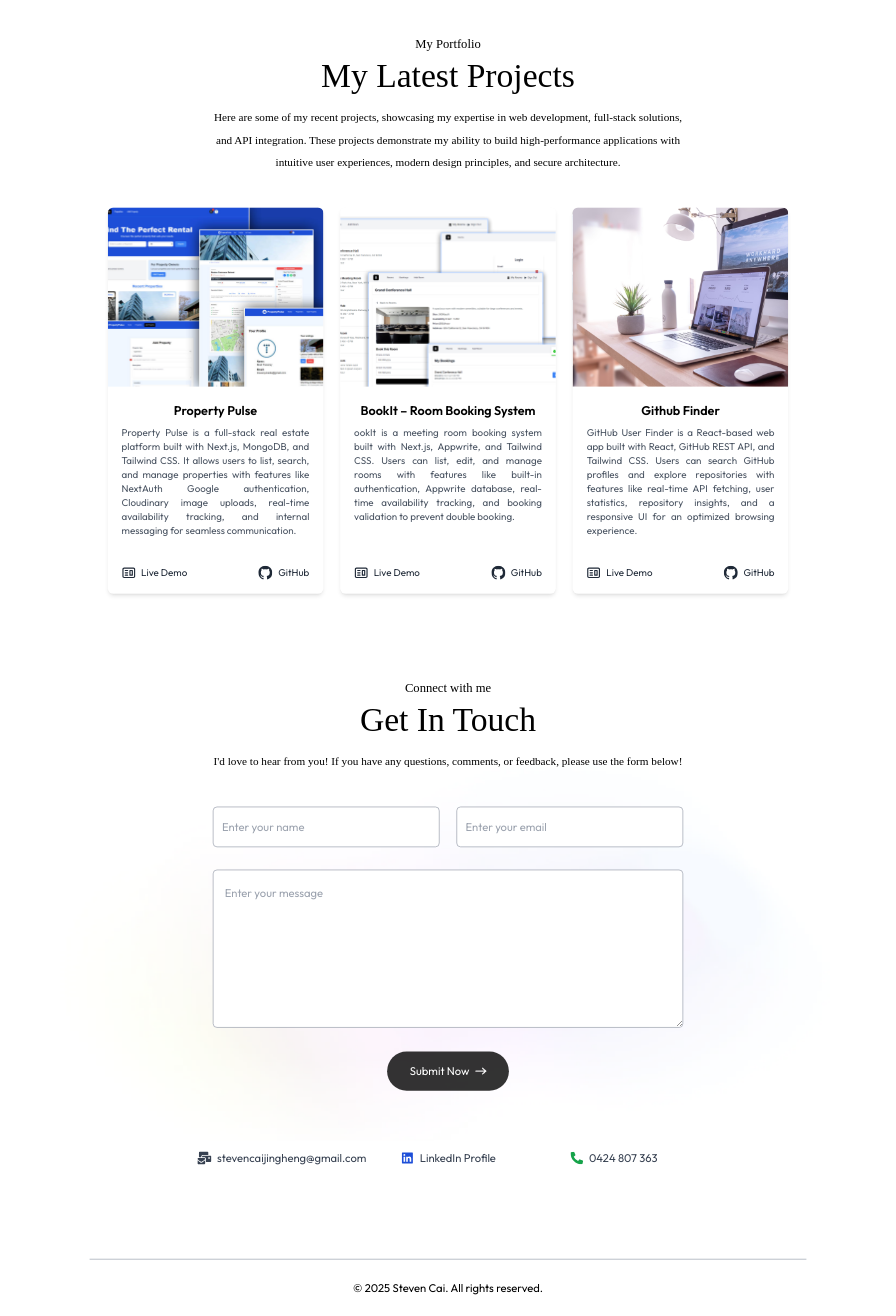
Repository: Steven4cai/profolio
Page: /
The author's editor kept a copy of each file at every save. The page is drawn from the files as they stood at one save, then again after the next save.
The browser window is 1280 px wide. The pictures show the part of the page from y = 2345 to 4265 px (the page is 4225 px tall before and 4265 px after), at 70% of full size.
Some web fonts or font styles are not loaded; a fallback is used. The project was rebuilt for these pictures with package versions that can differ from the ones it lists, and the page was loaded fresh each time. The framework's server and built-in components were replaced by stand-ins that run in the browser. Also part of the build but not shown: next.config.mjs.

Above is the page before, as saved 2025-02-09 14:46:31.

### app/layout.js
import {Outfit,Ovo} from "next/font/google";
import "./globals.css";

const outfit = Outfit({
  subsets: ["latin"],weight:["400","500","600","700"]
});

const ovo = Ovo({
  subsets: ["latin"],weight:["400"]
});

export const metadata = {
  title: "Profolio - Steven",
  description: "",
};

export default function RootLayout({ children }) {
  return (
    <html lang="en" className="scroll-smooth ">
      <body className={`${outfit.className} ${ovo.className} antialiased leading-8 overflow-x-hidden
      dark:bg-darkTheme dark:text-white`}>
        <main>{children}</main>
      </body>
    </html>
  );
}

### app/page.js
'use client'
import About from "@/components/About";
import Header from "@/components/Header";
import Navbar from "@/components/Navbar";
import Services from "@/components/Services";
import Work from "@/components/Work";
import Contact from "@/components/Contact";
import Footer from "@/components/Footer";
import { useEffect, useState } from "react";

export default function Home() {
  const [isDark,setIsDark] = useState(false)

  useEffect(()=>{
    if(localStorage.theme === 'dark' || (!('theme' in localStorage) && window.matchMedia('(prefers-color-scheme:dark)').matches)){
      setIsDark(true)
    }else{
      setIsDark(false)
    }
  },[])

  useEffect(()=>{
    if(isDark){
      document.documentElement.classList.add('dark')
      localStorage.theme = 'dark'
    }else{
      document.documentElement.classList.remove('dark')
      localStorage.theme = ''
    }
  } ,[isDark])
  return (
    <>
    <Navbar isDark = {isDark} setIsDark = {setIsDark}/>
    <Header isDark = {isDark}/>
    <About isDark = {isDark}/>
    <Services isDark = {isDark}/>
    <Work isDark = {isDark}/>
    <Contact isDark = {isDark}/>
    <Footer isDark = {isDark}/>
    </>
  );
}

### components/About.jsx
import Image from 'next/image'
import React from 'react'
import {assets, infoList, toolsData} from '@/assets/assets'


const About = ({isDark}) => {
  return (
    <div id='about' className='w-full px-[12%] py-10 scroll-mt-20'>
      <h4 className='text-center mb-2 text-lg font-Ovo'>Introduction</h4>
      <h2 className='text-center text-5xl font-Ovo'>About Me</h2>

    <div className='flex w-full flex-col lg:flex-row items-center gap-20 my-20'>
        <div className='w-64 sm:w-80 rounded-3xl max-w-none'>
            <Image src={assets.user_image} alt='user'
            className='w-full rounded-3xl'/>
        </div>
        <div className='flex-1'>
            <p className='mb-10 max-w-2xl font-Ovo'>
            I am a web developer with a background in IT and software
         engineering. I specialize in building scalable and efficient web
          applications, focusing on clean code, performance optimization,
          and user experience. Skilled in both front-end and back-end
          technologies, I am always eager to learn and apply new solutions.
            </p>
            <ul className='grid grid-cols-1 sm:grid-cols-3 gap-6 max-w-2xl'>
                {infoList.map((info,index) => (
                    <li
                    className='border-[0.5px] border-gray-400 rounded-xl p-6
                    cursor-pointer hover:bg-lightHover hover:-translate-y-1 duration-500
                    hover:shadow-black
                    dark:border-white dark:hovr:shadow-white dark:hover:bg-darkHover/50'
                    key={index}>
                        <Image src={isDark ? info.iconDark : info.icon} alt={info.title} className='w-7 mt-3'/>
                        <h3 className='my-4 font-semiblod text-gray-700 dark:text-white'>{info.title}</h3>
                        <p className='text-gray-600 text-sm dark:text-white/80'>{info.description}</p>
                    </li>
                ))}
            </ul>

            <h4 className='my-6 text-gray-700 font-Ovo dark:text-white/80'>Tools I use</h4>


                <ul className='flex items-center gap-3 sm:gap-5'>
                    {toolsData.map((tool,index) => (
                        <li className=
                        'flex items-center justify-center w-12 sm:w-14 aspect-square border border-gray-400 rounded-lg cursor-pointer hover:-translate-y-1 duration-500'
                         key={index}>
                            <Image src={tool} alt='Tool' className='w-5 sm:w-7' />
                        </li>
                    ))}
                </ul>
        </div>
    </div>

    </div>
  )
}

export default About

### components/Header.jsx
import React from 'react'
import Image from 'next/image'
import {assets} from '@/assets/assets'

const Header = () => {
  return (
    <div className=
    'w-11/12 max-w-3xl text-center mx-auto h-screen flex flex-col items-center justify-center gap-4'>
      <div>
        <Image src={assets.profile_img} alt='' className='rounded-full w-32'/>
      </div>
      <h3 className='flex items-end gap-2 text-xl md:text-2xl mb-3 font-Ovo'>Hi! I'm Steven Cai <Image src={assets.hand_icon} alt='' className='w-6'/></h3>
        <h1 className='text-3xl sm:text-6xl lg:text-[66px] font-Ovo'>Frontend web developer based in Sydney</h1>
        <p className='max-w-2xl mx-auto font-Ovo'>
          Web developer with a strong foundation in software engineering,
           specializing in building efficient, scalable, and user-friendly
            applications.
        </p>
        <div className=
        'flex flex-col sm:flex-row items-center gap-4 mt-4'>
            <a href="#contact"
             className='px-10 py-3 border rounded-full bg-black text-white flex items-center gap-2
             dark:bg-transparent'>
                Contact me  <Image src={assets.right_arrow_white} alt='' className='w-4'/></a>
            <a href="/Steven_Cai_ITResume.pdf" download
            className='px-10 py-3 border rounded-full border-gray-500 flex items-center gap-2
            bg-white dark:text-black'
            >My resume  <Image src={assets.download_icon} alt='' className='w-4'/></a>

        </div>


    </div>
  )
}

export default Header

### components/Navbar.jsx
'use client'

import Image from 'next/image'
import React, { useEffect, useState } from 'react'
import {assets} from '@/assets/assets'

const Navbar = ({isDark,setIsDark}) => {
    const [isScroll, setIsScrool] = useState(false)

    const [isMenuOpen, setIsMenuOpen] = useState(false);

    const openMenu = () => {
        setIsMenuOpen(true);
    };

    const closeMenu = () => {
        setIsMenuOpen(false);
    };

    useEffect(()=>{
        window.addEventListener('scroll',()=>{
            if(scrollY > 50){
                setIsScrool(true)
            }else{
                setIsScrool(false)
            }
        })
    } ,[])

    return (
        <>
            <div className='fixed top-0 right-0 w-11/12 -z-10 translate-y-[-80%] dark:hidden'>
                <Image src={assets.header_bg_color} alt='' className='w-full' />
            </div>

            <nav className={`w-full fixed px-5 lg:px-8 xl:px-[8%] py-4 flex
                items-center justify-between z-50 ${isScroll
                ? 'bg-white bg-opacity-50 backdrop-blur-lg shadow-sm dark:bg-darkTheme dark:shadow-white/20'
                : ''}`}>
                <a href="#top">
                    <Image alt='logo' className='w-28 cursor-pointer mr-14 bg-white rounded-full' src={assets.logo} />
                </a>

                <ul className={`hidden md:flex items-center gap-6
                    lg:gap-8 rounded-full px-12 py-3
                    ${isScroll ?'' : 'bg-white shadow-sm bg-opacity-50 dark:border dark:border-white/50 dark:bg-transparent'}`}>
                    <li><a className='font-Ovo' href="#top">Home</a></li>
                    <li><a className='font-Ovo' href="#about">About me</a></li>
                    <li><a className='font-Ovo' href="#services">Services</a></li>
                    <li><a className='font-Ovo' href="#work">My Work</a></li>
                    <li><a className='font-Ovo' href="#contact">Contact me</a></li>
                </ul>

                <div className='flex items-center gap-4'>

                    <button onClick={() => setIsDark(prev => !prev)}>
                        <Image src={isDark ? assets.sun_icon : assets.moon_icon} alt='' className='w-6' />
                    </button>

                    <a href='#contact' className='hidden lg:flex items-center gap-3 px-10 py-2.5
                    border border-gray-500 rounded-full ml-4 font-Ovo
                    dark:border-white/50'>
                        Contact <Image className='w-3' src={isDark ?assets.arrow_icon_dark :assets.arrow_icon} alt='arrowicon' />
                    </a>

                    <button className='block md:hidden ml-3' onClick={openMenu}>
                        <Image src={isDark ?assets.menu_white :assets.menu_black} alt='' className='w-6' />
                    </button>
                </div>

                <ul className={`flex flex-col gap-4 py-20 px-10
                fixed -right-0 top-0 bottom-0 w-64 z-50 h-screen bg-rose-50
                transition duration-500' dark:bg-darkHover dark:text-white
                ${isMenuOpen ? 'translate-x-0' : 'translate-x-[16rem]'} md:hidden`}>
                    {/* Close Button */}
                    <div className='absolute right-6 top-6' onClick={closeMenu}>
                        <Image src={isDark ?assets.close_white :assets.close_black} alt='' className='w-5 cursor-pointer' />
                    </div>

                    <li><a onClick={closeMenu} className='font-Ovo' href="#top">Home</a></li>
                    <li><a onClick={closeMenu} className='font-Ovo' href="#about">About me</a></li>
                    <li><a onClick={closeMenu} className='font-Ovo' href="#services">Services</a></li>
                    <li><a onClick={closeMenu} className='font-Ovo' href="#work">My Work</a></li>
                    <li><a onClick={closeMenu} className='font-Ovo' href="#contact">Contact me</a></li>
                </ul>
            </nav>
        </>
    )
}

export default Navbar;

### components/Services.jsx
import React from "react";
import { TbWorld } from "react-icons/tb";
import { RiStackFill } from "react-icons/ri";
import { AiOutlineApi } from "react-icons/ai";
import { MdSecurity } from "react-icons/md";

export const serviceData = [
  { icon: <TbWorld className="text-4xl text-gray-700 dark:text-white" />, title: 'Frontend Development', description: 'Building modern, responsive, and interactive web applications using React.js, Next.js, and Tailwind CSS to ensure seamless user experience.', link: '' },
  { icon: <RiStackFill className="text-4xl text-gray-700 dark:text-white" />, title: 'Full-Stack Development', description: 'Developing scalable web applications with Next.js, Appwrite, MongoDB, and Firebase, handling both frontend and backend efficiently.', link: '' },
  { icon: <AiOutlineApi className="text-4xl text-gray-700 dark:text-white" />, title: 'API Development & Integration', description: 'Creating and integrating RESTful APIs to enable smooth data communication between systems, ensuring high performance and security.', link: '' },
  { icon: <MdSecurity className="text-4xl text-gray-700 dark:text-white" />, title: 'Authentication & Security', description: 'Implementing secure authentication using NextAuth.js, OAuth, JWT, and Firebase Auth, ensuring data protection and user privacy.', link: '' },
];

const Services = () => {
  return (
    <div id='services' className='w-full px-[12%] py-10 scroll-mt-20'>
      <h4 className='text-center mb-2 text-lg font-Ovo'>What I offer</h4>
      <h2 className='text-center text-5xl font-Ovo'>My Services</h2>

      <p className='text-center max-w-2xl mx-auto mt-5 mb-12 font-Ovo'>
        I design and develop modern, high-performance web applications with
        a focus on efficiency, scalability, and seamless user experience. Whether
        it’s front-end UI/UX, full-stack solutions, or API integrations,
        I build robust and maintainable systems tailored to business needs.
      </p>

      <div className='grid grid-cols-1 sm:grid-cols-2 md:grid-cols-4 gap-6 my-10'>
        {serviceData.map(({ icon, title, description, link }, index) => (
          <div
            className='border border-gray-400 rounded-lg px-8 py-10 flex flex-col items-center text-center
              hover:shadow-black cursor-pointer hover:bg-lightHover hover:-translate-y-1 duration-500
              dark:hover:bg-darkHover dark:hover:shadow-white'
            key={index}
          >
            {icon}
            <h3 className='text-lg my-4 text-gray-700 dark:text-white'>{title}</h3>
            <p className='text-sm text-gray-600 leading-5 dark:text-white/80'>{description}</p>
          </div>
        ))}
      </div>
    </div>
  );
};

export default Services;

### components/Work.jsx
import { assets, workData } from '@/assets/assets';
import React from 'react';
import Image from 'next/image';
import Link from 'next/link';
import { BsGithub } from 'react-icons/bs';
import { CgWebsite } from 'react-icons/cg';

const Work = ({ isDark }) => {
  return (
    <div id="work" className="w-full px-[12%] py-10 scroll-mt-20">
      <h4 className="text-center mb-2 text-lg font-Ovo">My Portfolio</h4>
      <h2 className="text-center text-5xl font-Ovo">My Latest Projects</h2>

      <p className="text-center max-w-2xl mx-auto mt-5 mb-12 font-Ovo">
      Here are some of my recent projects, showcasing my expertise in web
       development, full-stack solutions, and API integration. These projects
        demonstrate my ability to build high-performance applications
         with intuitive user experiences, modern design principles, and secure
         architecture.
      </p>

      <div className="grid grid-cols-1 sm:grid-cols-2 md:grid-cols-3 gap-6 my-10">
  {workData.map((work, index) => (
    <div
      key={index}
      className="flex flex-col bg-white dark:bg-gray-900 rounded-lg shadow-md overflow-hidden group cursor-pointer"
    >
      <div
        className="h-64 bg-cover bg-center transition-transform duration-500 group-hover:scale-105"
        style={{ backgroundImage: `url(${work.bgImage})` }}
      ></div>

      <div
        className="p-5 w-full flex flex-col flex-grow transition-all duration-500 group-hover:-translate-y-2"
      >
        <h2 className="font-semibold text-lg dark:text-white text-center">
          {work.title}
        </h2>
        <p className="text-sm text-gray-600 dark:text-gray-300 mt-2 text-justify flex-grow">
          {work.description}
        </p>

        <div className="mt-10 flex justify-between items-center">
          <Link
            href={work.website}
            target="_blank"
            className="flex items-center gap-2 text-sm text-gray-800 dark:text-white hover:text-blue-500 transition-colors"
          >
            <CgWebsite className="text-xl" /> Live Demo
          </Link>

          <Link
            href={work.github}
            target="_blank"
            className="flex items-center gap-2 text-sm text-gray-800 dark:text-white hover:text-gray-600 transition-colors"
          >
            <BsGithub className="text-xl" /> GitHub
          </Link>
        </div>
      </div>
    </div>
  ))}
</div>

    </div>
  );
};

export default Work;

### components/Contact.jsx
'use client'
import { assets } from '@/assets/assets'
import React,{ useState } from 'react'
import Image from 'next/image'
import { FaPhoneAlt,FaMailBulk } from "react-icons/fa";
import Link from 'next/link';
import { AiFillLinkedin } from "react-icons/ai";
const Contact = () => {

    const [result, setResult] = React.useState("");

  const onSubmit = async (event) => {
    event.preventDefault();
    setResult("Sending....");
    const formData = new FormData(event.target);

    formData.append("access_key", "d1d257f8-3b83-45d6-8d1c-4f4ca340e588");

    const response = await fetch("https://api.web3forms.com/submit", {
      method: "POST",
      body: formData
    });

    const data = await response.json();

    if (data.success) {
      setResult("Form Submitted Successfully");
      event.target.reset();
    } else {
      console.log("Error", data);
      setResult(data.message);
    }
  };


  return (
    <div id='contact' className='w-full px-[12%] py-10 scroll-mt-20 bg-[url("/footer-bg-color.png")] bg-no-repeat
    bg-center bg-[length:90%_auto] dark:bg-none'>
        <h4 className='text-center mb-2 text-lg font-Ovo'>Connect with me</h4>
        <h2 className='text-center text-5xl font-Ovo'>Get In Touch</h2>

        <p className='text-center max-w-2xl mx-auto mt-5 mb-12 font-Ovo'>
       I'd love to hear from you! If you have any questions, comments, or feedback, please use the form below!
        </p>

        <form onSubmit={onSubmit} className='max-w-2xl mx-auto'>
            <div className='grid grid-cols-auto gap-6 mt-10 mb-8'>
                <input
                className='flex-1 p-3 outline-none border-[0.5px] border-gray-400 rounded-md bg-white
                dark:bg-darkHover/30 dark:border-white/90'
                type="text" placeholder='Enter your name' required name="name" />
                <input
                className='flex-1 p-3 outline-none border-[0.5px] border-gray-400 rounded-md bg-white
                dark:bg-darkHover/30 dark:border-white/90'
                type="email" placeholder='Enter your email' required name="email" />
            </div>
            <textarea
            className='w-full p-4 outline-none border-[0.5px] border-gray-400 rounded-md bg-white mb-6
            dark:bg-darkHover/30 dark:border-white/90'
            rows={6} placeholder='Enter your message'  name="message" required></textarea>
            <button
            className='py-3 px-8 w-max flex items-center justify-between gap-2 bg-black/80 text-white rounded-full
            mx-auto hover:bg-black duration-500 dark:bg-transparent dark:border-[0.5px] dark:hover:bg-darkHover'
            type='submit'>
                Submit Now <Image src={assets.right_arrow_white} alt='' className='w-4'/>
            </button>

            <p className='mt-4'>{result}</p>
            <div className='mt-20'>
            <div className="grid grid-cols-1 sm:grid-cols-2 md:grid-cols-3 gap-10 justify-items-center my-10">
  {/* 📧 邮件 */}
  <Link href="mailto:stevencaijingheng@gmail.com">
    <div className="flex items-center gap-2 cursor-pointer hover:text-blue-500 transition">
      <FaMailBulk className="text-xl text-gray-700 dark:text-white" />
      <span className="text-gray-700 dark:text-white">stevencaijingheng@gmail.com</span>
    </div>
  </Link>

  {/* 🔗 LinkedIn */}
  <Link href="https://www.linkedin.com/in/stevencai1" target="_blank" rel="noopener noreferrer">
    <div className="flex items-center gap-2 cursor-pointer hover:text-blue-500 transition">
      <AiFillLinkedin className="text-blue-700 dark:text-blue-400 text-xl" />
      <span className="text-gray-700 dark:text-white">LinkedIn Profile</span>
    </div>
  </Link>

  {/* 📞 电话 */}
  <div className="flex items-center gap-2">
    <FaPhoneAlt className="text-green-600 text-lg" />
    <span className="text-gray-700 dark:text-white">0424 807 363</span>
  </div>
</div>

      </div>
        </form>
    </div>
  )
}

export default Contact

### components/Footer.jsx
import Image from 'next/image'
import React from 'react'
import { assets } from '@/assets/assets'


const Footer = ({ isDark }) => {
  const currentYear = new Date().getFullYear();

  return (




      <div className='text-center border-t border-gray-400 mx-[10%] mt-12 py-6'>
        <p>&copy; {currentYear} Steven Cai. All rights reserved.</p>
      </div>

  )
}

export default Footer;

### tailwind.config.mjs
/** @type {import('tailwindcss').Config} */
export default {
  content: [
    "./pages/**/*.{js,ts,jsx,tsx,mdx}",
    "./components/**/*.{js,ts,jsx,tsx,mdx}",
    "./app/**/*.{js,ts,jsx,tsx,mdx}",
  ],
  theme: {
    extend: {
      colors: {
        lightHover: '#fcf4ff',
        darkHover: '#2a004a',
        darkTheme: '#11001F'
      },
      fontFamily:{
        Outfit:["Outfit", "sans-serif"],
        Ovo: ["Ovo", "serif"]
      },
      boxShadow:{
        'black': '4px 4px 0 #000',
        'white': '4px 4px 0 #fff',
      },
      gridTemplateColumns:{
        'auto':'repeat(auto-fit,minmax(200px,1fr))'
      }
    },
  },
  darkMode: 'selector',
  plugins: [],
};

Loaded but not shown: app/globals.css (common file); assets/assets.js (123 lines, source omitted)

After the next save:
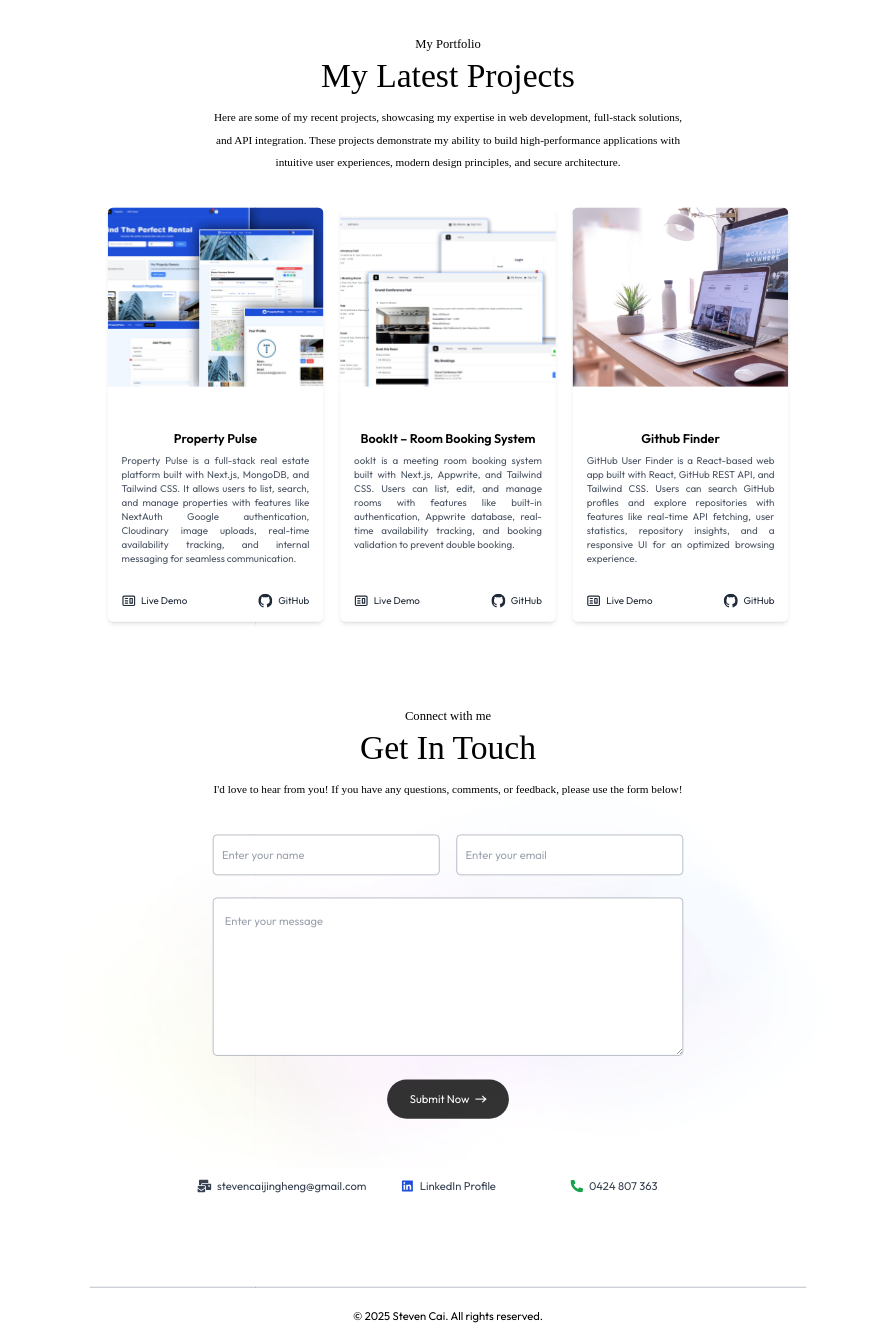
Saved 76 s later.
--- a/components/Work.jsx
+++ b/components/Work.jsx
@@ -26,7 +26,7 @@ const Work = ({ isDark }) => {
       className="flex flex-col bg-white dark:bg-gray-900 rounded-lg shadow-md overflow-hidden group cursor-pointer"
     >
       <div
-        className="h-64 bg-cover bg-center transition-transform duration-500 group-hover:scale-105"
+        className="h-64 bg-cover bg-center transition-transform duration-500 group-hover:scale-105 mb-10"
         style={{ backgroundImage: `url(${work.bgImage})` }}
       ></div>
 
